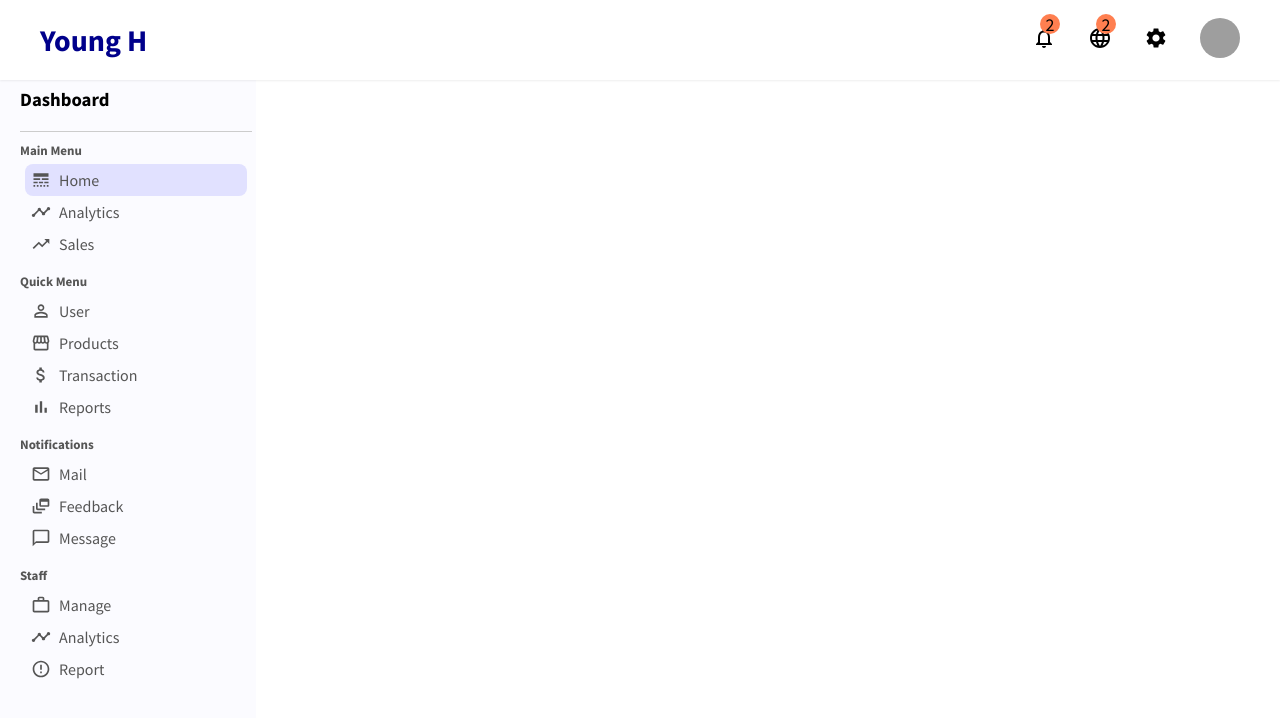
Repository: noname20011/admin
Page: /
The author's editor kept a copy of each file at every save. The page is drawn from the files as they stood at one save, then again after the next save.
The browser window is 1280 px wide. The pictures show the whole page.
Pictures or frames that could not be fetched are drawn as grey boxes. The project was rebuilt for these pictures with package versions that can differ from the ones it lists, and the page was loaded fresh each time.

Above is the page before, as saved 2021-11-13 11:00:53.

### public/index.html
<!DOCTYPE html>
<html lang="en">
  <head>
    <meta charset="utf-8" />
    <link rel="icon" href="%PUBLIC_URL%/favicon.ico" />
    <meta name="viewport" content="width=device-width, initial-scale=1" />
    <meta name="theme-color" content="#000000" />
    <meta
      name="description"
      content="Web site created using create-react-app"
    />
    <!-- GOOGLE FONTS -->
    <link href="https://fonts.googleapis.com/css2?family=Source+Sans+Pro:wght@200;300;400;600;700;900&display=swap" rel="stylesheet">
    <style>
      * {
        font-family: 'Source Sans Pro', sans-serif;
        padding: 0;
        margin: 0;
      }
    </style>
    <title>React Admin App</title>
  </head>
  <body>
    <div id="root"></div>
  </body>
</html>

### src/App.js
import Topbar from "./comopnents/topbar/Topbar";
import Sidebar from "./comopnents/sidebar/Sidebar";
import Home from "./pages/home/Home.jsx"
import './app.css'
function App() {
  return (
    <div>
      <Topbar/>
      <div className="container">
        <Sidebar/>
        <Home/>
      </div>
    </div>
  );
}

export default App;

### src/comopnents/topbar/Topbar.jsx
import React from 'react'
import './topbar.css'

import { Language, NotificationsNone, Settings  } from '@material-ui/icons'

export default function Topbar() {
    return (
        <div className="topbar">
            <div className="topbarWrapper">
                <div className="topLeft">
                    <div className="logo">Young H</div>
                </div>
                <div className="topRight">
                    <div className="topbarIconContainer">
                        <NotificationsNone/>
                        <div className="topIconsBadge">2</div>
                    </div>
                    <div className="topbarIconContainer">
                        <Language/>
                        <div className="topIconsBadge">2</div>
                    </div>
                    <div className="topbarIconContainer">
                        <Settings/>
                    </div>
                    <div>
                        <img src="https://images.pexels.com/photos/1526814/pexels-photo-1526814.jpeg?auto=compress&cs=tinysrgb&dpr=2&w=500" alt="admin" className="topAvatar"/>
                    </div>
                </div>
            </div>
        </div>
    )
}

### src/comopnents/sidebar/Sidebar.jsx
import { AttachMoney, BarChart, ChatBubbleOutline, DynamicFeed, ErrorOutline, LineStyle, MailOutlined, PersonOutline, Storefront, Timeline, TrendingUp,  WorkOutlineOutlined } from '@material-ui/icons'
import React from 'react'
import "./sidebar.css"
export default function Sidebar() {
    return (
        <div className="sidebar">
            <div className="sidebarWrapper">
                <h3 className="sidebarTitle">Dashboard</h3>
                <div className="sidebarMenu">
                    <h4 className="sidebarMenuTitle">Main Menu</h4>
                    <ul className="sidebarLists">
                        <li className="sidebarListItem active">
                            <LineStyle className="sidebarIcon"/>
                            Home
                        </li>
                        <li className="sidebarListItem">
                            <Timeline className="sidebarIcon"/>
                            Analytics
                        </li>
                        <li className="sidebarListItem">
                            <TrendingUp className="sidebarIcon"/>
                            Sales
                        </li>
                    </ul>
                </div>
                <div className="sidebarMenu">
                    <h4 className="sidebarMenuTitle">Quick Menu</h4>
                    <ul className="sidebarLists">
                        <li className="sidebarListItem">
                            <PersonOutline className="sidebarIcon"/>
                            User
                        </li>
                        <li className="sidebarListItem">
                            <Storefront className="sidebarIcon"/>
                            Products
                        </li>
                        <li className="sidebarListItem">
                            <AttachMoney className="sidebarIcon"/>
                            Transaction
                        </li>
                        <li className="sidebarListItem">
                            <BarChart className="sidebarIcon"/>
                            Reports
                        </li>
                    </ul>
                </div>
                <div className="sidebarMenu">
                    <h4 className="sidebarMenuTitle">Notifications</h4>
                    <ul className="sidebarLists">
                        <li className="sidebarListItem">
                            <MailOutlined className="sidebarIcon"/>
                            Mail
                        </li>
                        <li className="sidebarListItem">
                            <DynamicFeed className="sidebarIcon"/>
                            Feedback
                        </li>
                        <li className="sidebarListItem">
                            <ChatBubbleOutline className="sidebarIcon"/>
                            Message
                        </li>
                    </ul>
                </div>
                <div className="sidebarMenu">
                    <h4 className="sidebarMenuTitle">Staff</h4>
                    <ul className="sidebarLists">
                        <li className="sidebarListItem">
                            <WorkOutlineOutlined className="sidebarIcon"/>
                            Manage
                        </li>
                        <li className="sidebarListItem">
                            <Timeline className="sidebarIcon"/>
                            Analytics
                        </li>
                        <li className="sidebarListItem">
                            <ErrorOutline className="sidebarIcon"/>
                            Report
                        </li>
                    </ul>
                </div>
            </div>
        </div>
    )
}

### src/pages/home/Home.jsx
import "./home.css"
import Feature from "../../comopnents/featureInfo/Feature"

export default function Home() {
    return (
        <div className="home">
            <Feature/>
        </div>
    )
}

### src/app.css
ul, li {
    list-style: none;
}

a {
    text-decoration: none;
}

.container {
    display: flex;
}

.other {
    flex: 4;
}

### src/comopnents/topbar/topbar.css
.topbar {
    width: 100%;
    height: 80px;
    background: #fff;
    box-shadow: 0 .5px 2px rgba(0, 0, 0, 0.07);

    position: sticky;
    top: 0;
    z-index: 1000;
}

.topbarWrapper {
    height: 100%;
    padding: 0 40px;
    display: flex;
    justify-content: space-between;
    align-items: center;
}

.logo {
    font-weight: bold;
    font-size: 30px;
    color: darkblue;
    cursor: pointer;
}

.topRight {
    display: flex;
    align-items: center;
    column-gap: 2rem;
}
.topbarIconContainer {
    position: relative;
    cursor: pointer;
}

.topIconsBadge {
    font-size: 18px;
    position: absolute;
    top: -12px;
    right: -4px;

    width: 20px;
    height: 20px;
    background-color: coral;
    border-radius: 50%;

    display: flex;
    place-content: center;
    place-items: center;
}

.topAvatar {
    width: 40px;
    height: 40px;
    object-fit: cover;
    border-radius: 50%;
    cursor: pointer;
}

### src/comopnents/sidebar/sidebar.css
.sidebar {
    flex: 1;
    background-color: rgb(251, 251, 255);
    position: sticky;
    top: 80px;
    height: calc(100vh - 80px);
}

.sidebarWrapper {
    padding: 8px 4px 0 20px;
}

.sidebarTitle {
    padding-bottom: 20px;
    margin-bottom: 10px;
    border-bottom: 1px solid #ccc;
}

.sidebarMenu {
    margin-bottom: 8px;
}

.sidebarMenuTitle {
    color: #555;
    font-size: 13px;
}

.sidebarLists {
    padding: 5px;
}

.sidebarListItem {
    display: flex;
    align-items: center;
    column-gap: .5rem;

    padding: 6px;
    color: #555;
    cursor: pointer;
    border-radius: .5rem;
}

.sidebarListItem.active,
.sidebarListItem:hover {
    background-color: rgb(225, 225, 255);
}

.sidebarIcon {
    font-size: 20px!important;
}

### src/pages/home/home.css
.home {
    flex: 4;
}

### src/comopnents/featureInfo/Feature.jsx
import React from 'react'

export default function Feature() {
    return (
        <div className="featured">
            <div className="featuredItem">

            </div>
        </div>
    )
}

Loaded but not shown: src/index.js (common file)

After the next save:
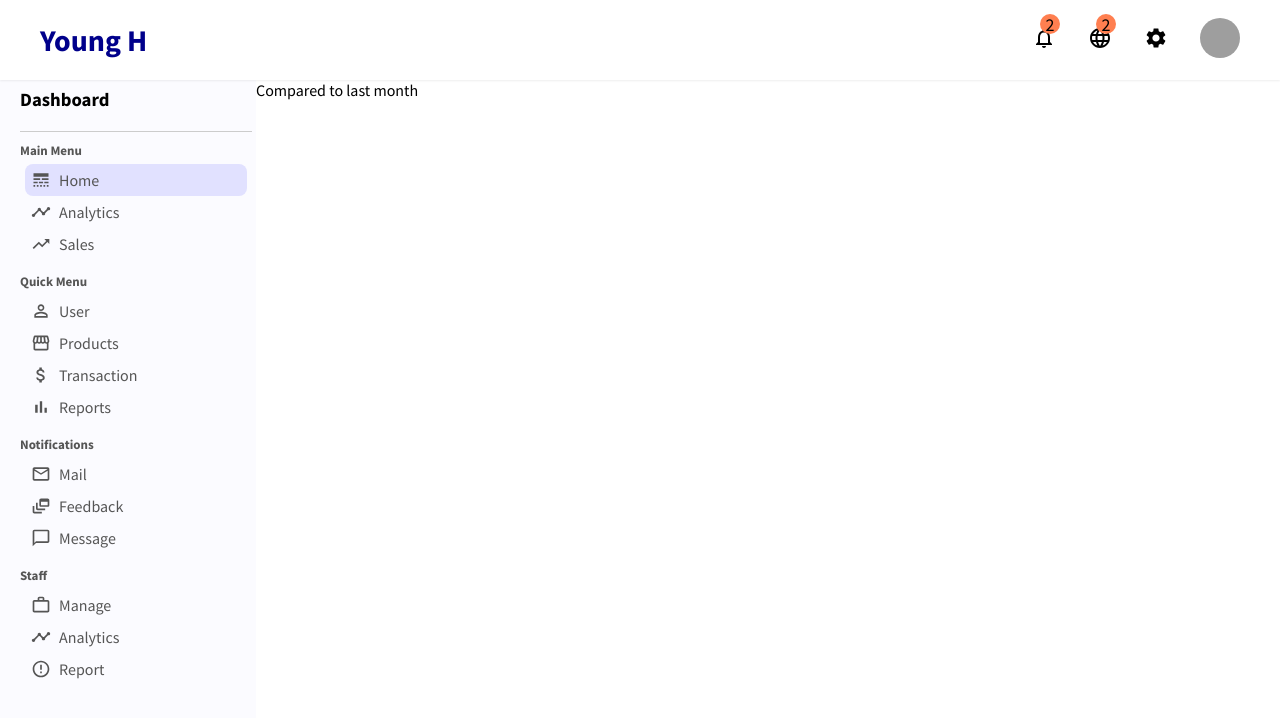
Saved 111 s later.
--- a/src/comopnents/featureInfo/Feature.jsx
+++ b/src/comopnents/featureInfo/Feature.jsx
@@ -4,7 +4,12 @@ export default function Feature() {
     return (
         <div className="featured">
             <div className="featuredItem">
-
+                <span className="featuredTitle"></span>
+                <div className="featuredMoneyContainer">
+                    <span className="featuredMoney"></span>
+                    <span className="featuredMoneyRate"></span>
+                </div>
+                <span className="featuredSub">Compared to last month</span>
             </div>
         </div>
     )
